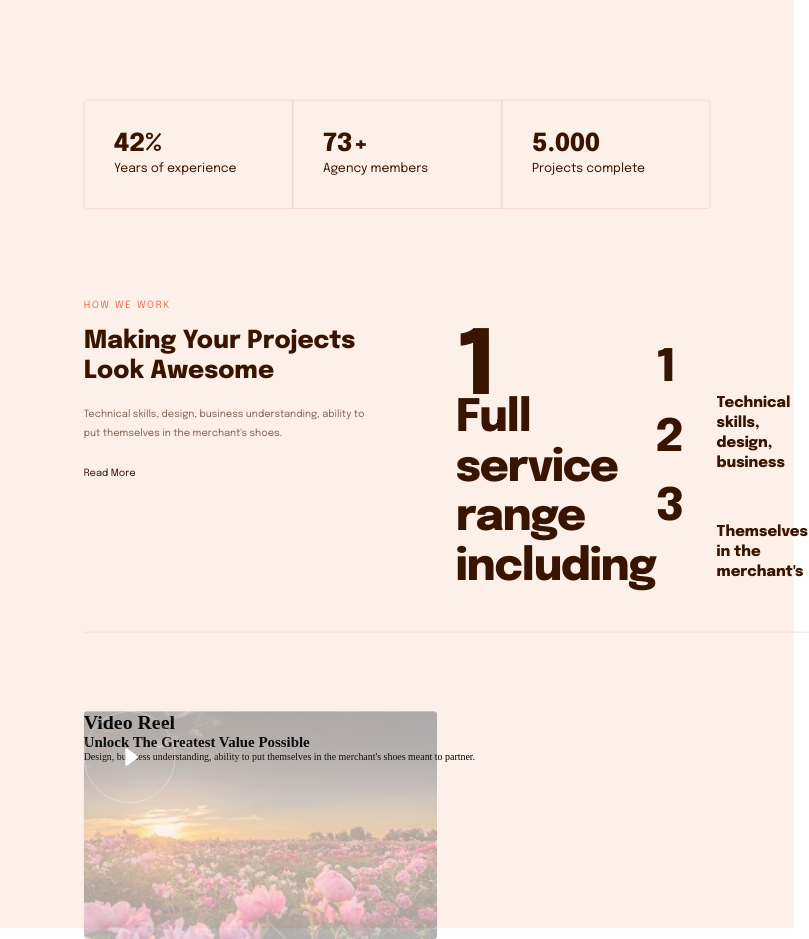
Repository: AytacJafarova/task2
Page: index.html
These files come from the project's save history. The page is drawn as it stood at one moment and after the next save; the edit follows.
The browser window is 1280 px wide. The page is 1305 px wide, so the pictures cover 1305 px, including what lies to the right of the window. The pictures show the whole page, at 62% of full size.

Above is the page before, as saved 2023-08-01 14:16:44.

After the next save:
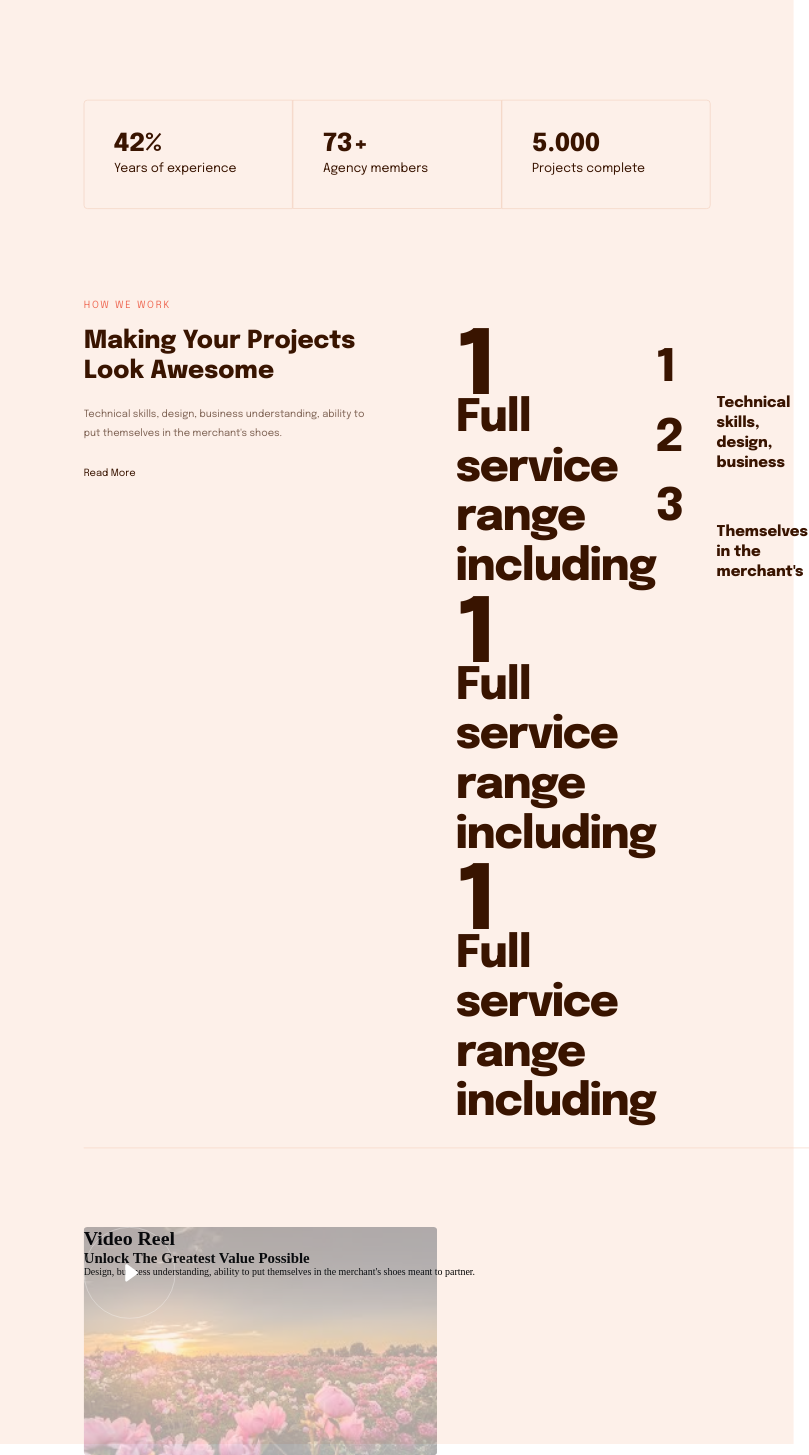
Saved 6 s later.
--- a/index.html
+++ b/index.html
@@ -42,6 +42,14 @@
                         <h1>1</h1>
                         <p>Full service range including</p>
                     </li>
+                    <li>
+                        <h1>1</h1>
+                        <p>Full service range including</p>
+                    </li>
+                    <li>
+                        <h1>1</h1>
+                        <p>Full service range including</p>
+                    </li>
                 </ul>
                 <ul>
                     <li>1</li>
